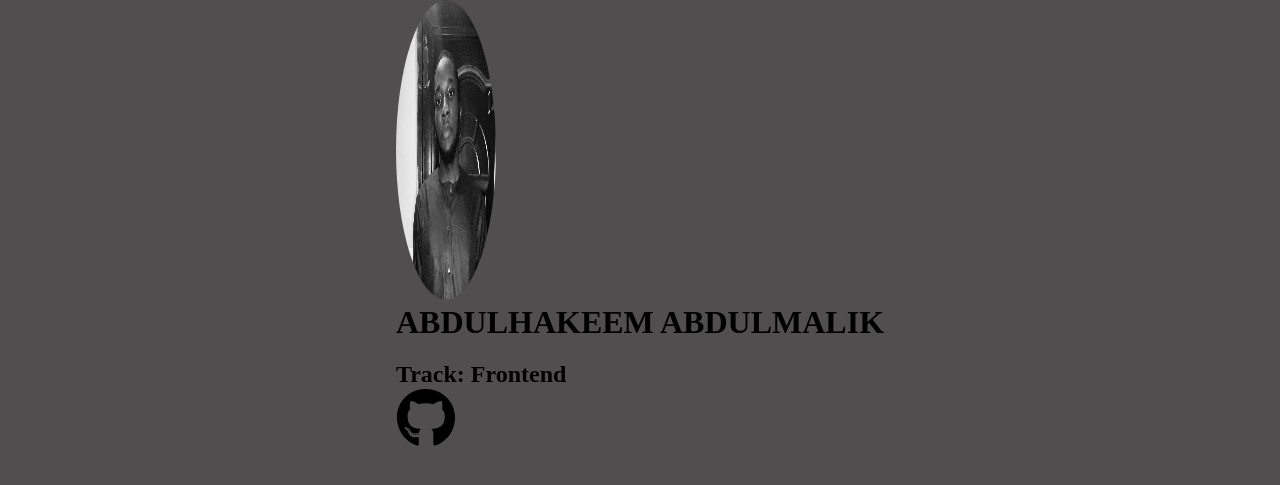
Repository: malikhakeem/HNG-TASK
Page: HNG-TASK1.html
An editor plug-in stored every save of this project. The page is shown before and after the next save, followed by the edit.
The browser window is 1280 px wide. The pictures show the whole page.

Above is the page before, as saved 2023-09-08 21:59:59.

### HNG-TASK1.html
<!DOCTYPE html>
<html lang="en">

<head>
    <meta charset="UTF-8">
    <meta name="viewport" content="width=device-width, initial-scale=1.0">

    <link rel="stylesheet" href="./HNG-TASK!.css">
    <title>HNG</title>
</head>

<body>
    <div class="body">
        <div class="nav">
            <div class="nav-left"><img data-testId="slackDisplayImage" class="profile-pic" src="./pic/kim.jpg"alt="Malik" /></div>
            <div class="nav-mid">
                <div class="slack-name">
                    <h1>ABDULHAKEEM ABDULMALIK</h1>
                </div>
                <div data-testId="myTrack"class="track">
                    <h2>Track: Frontend</h2>
                </div>
            </div>
            <div data-testId="slackUserName" class="nav-right">
                <a href="link address"><img src="./pic//github.svg" width="60" height="60"></a>
            </div>

        </div>
    </div>

</body>

</html>

### HNG-TASK!.css
*{
    padding:0px;
    margin:0px;

}

.profile-pic{
    width:100px;
    height:300px;
    border-radius: 50%;
}
.nav{
    /* display:flex;

    justify-content: space-between;
    padding: 150px 100px 0px 100px; */
}

.track{
    padding-top: 20px;
}

body{
    display:flex;
 justify-content: center;

    background-color:rgb(80, 78, 78);
}

After the next save:
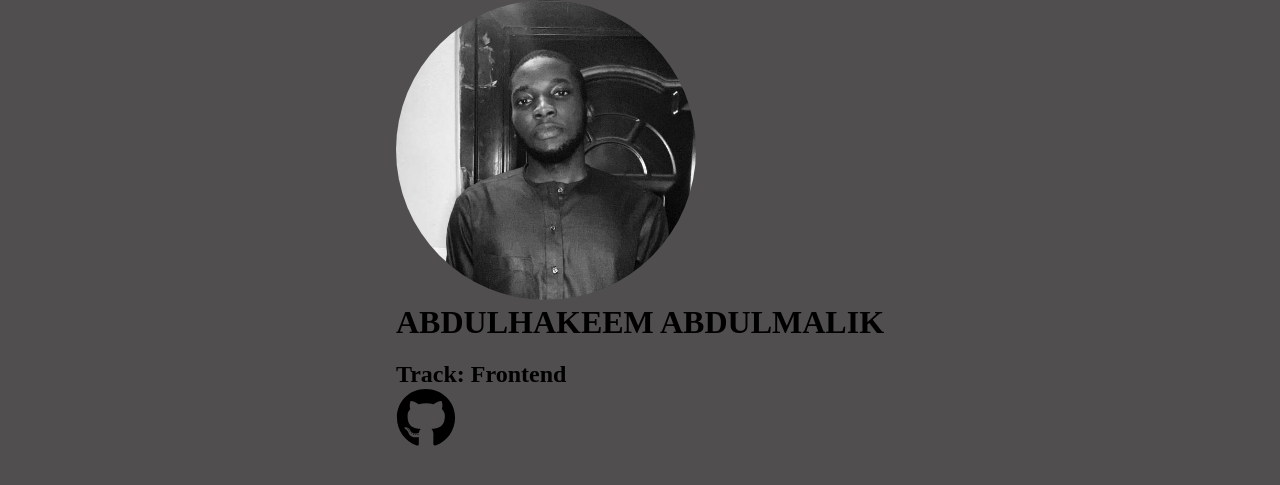
Saved 8 s later.
--- a/HNG-TASK!.css
+++ b/HNG-TASK!.css
@@ -5,7 +5,7 @@
 }
 
 .profile-pic{
-    width:100px;
+    width:300px;
     height:300px;
     border-radius: 50%;
 }
